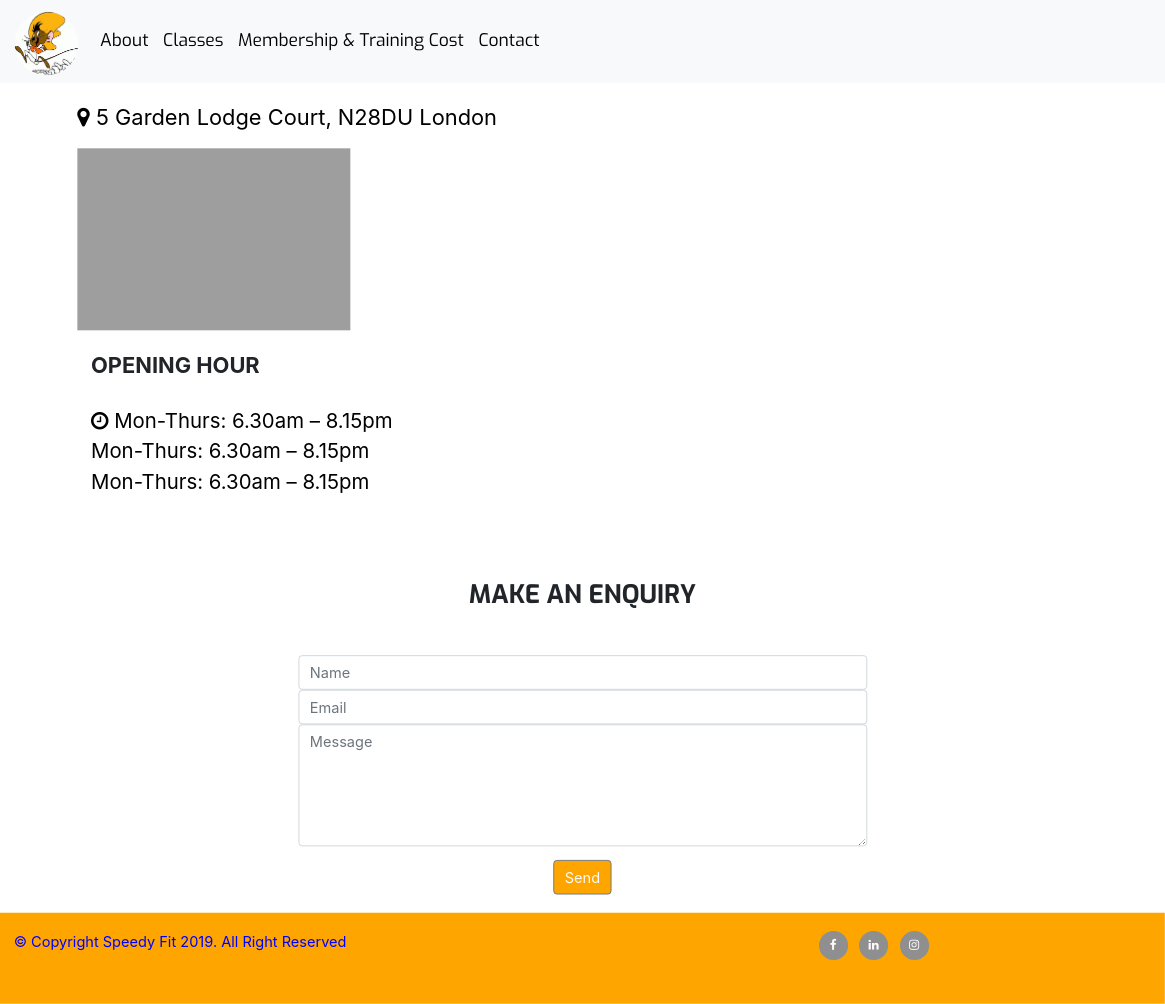
Repository: marcomoreschi/Milestrone-project
Page: membership&trainingcost.html
The author's editor kept a record of every edit. The page is drawn from the files as they stood at one moment, then again after the next edit.
The browser window is 1280 px wide. The pictures show the whole page, at 91% of full size.
Pictures or frames that could not be fetched are drawn as grey boxes. Some web libraries are served in a nearby version.

Above is the page before.

After the next edit:
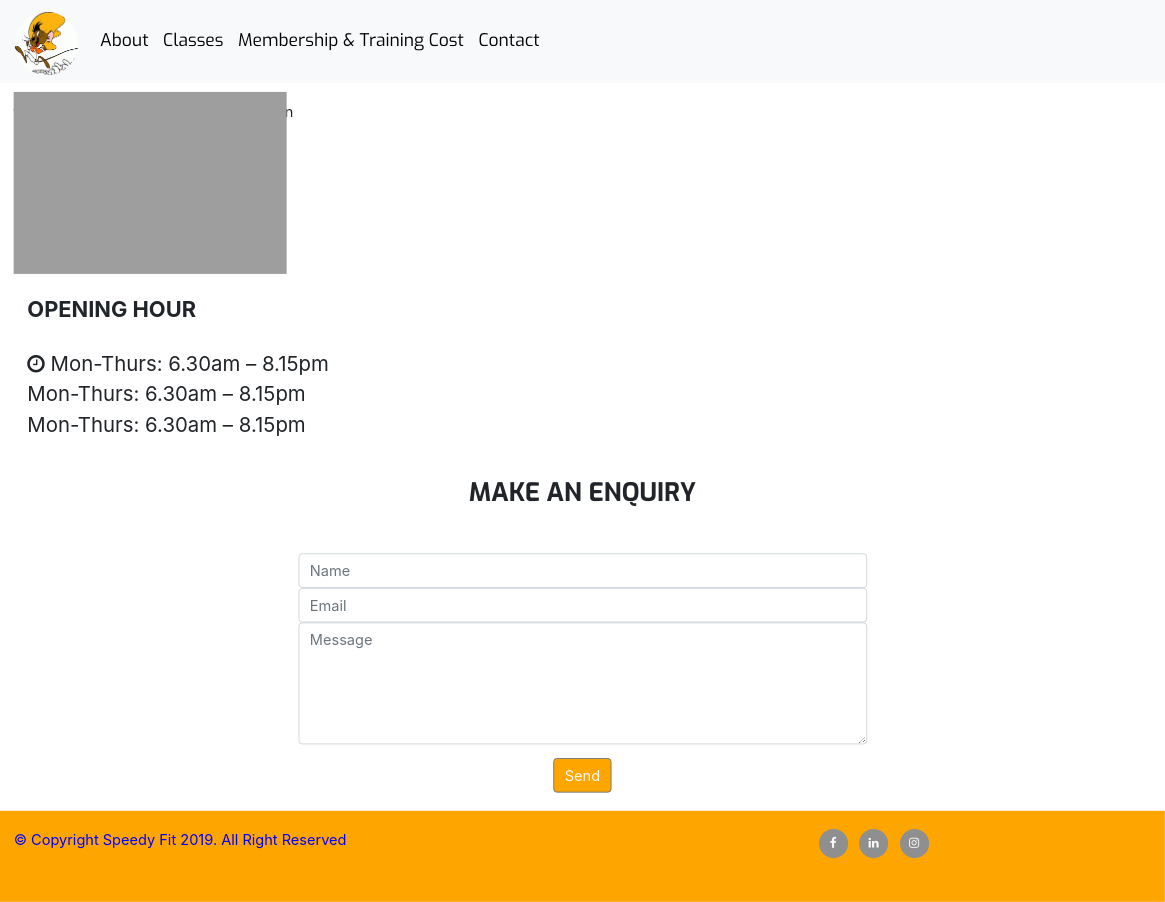
The edit:
--- a/membership&trainingcost.html
+++ b/membership&trainingcost.html
@@ -43,7 +43,7 @@
 
     </header>
 
-    <section class="container location-gym">
+    <section class="container-fluid location-gym">
         <p> <i class="fa fa-map-marker" aria-hidden="true"></i> 5 Garden Lodge Court, N28DU London</p>
 
 <!-- Link Google Maps -->
